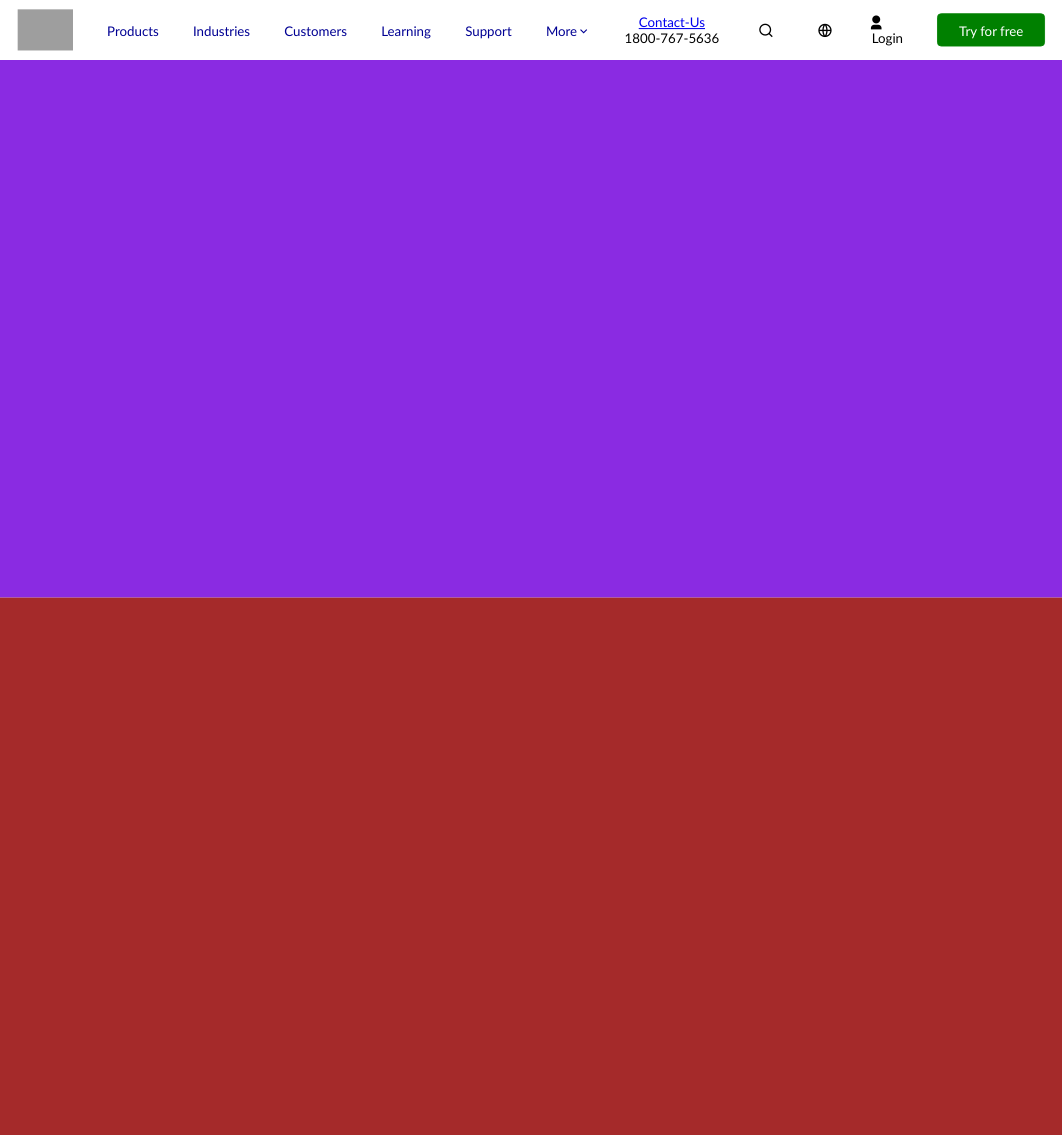
Repository: Chiranshukapil/html_css
Page: salesforce/index.html
These files come from the project's save history. The page is drawn as it stood at one moment and after the next save; the edit follows.
The browser window is 1280 px wide. The pictures show the whole page, at 83% of full size.
Pictures or frames that could not be fetched are drawn as grey boxes.

Above is the page before, as saved 2024-06-10 00:43:25.

After the next save:
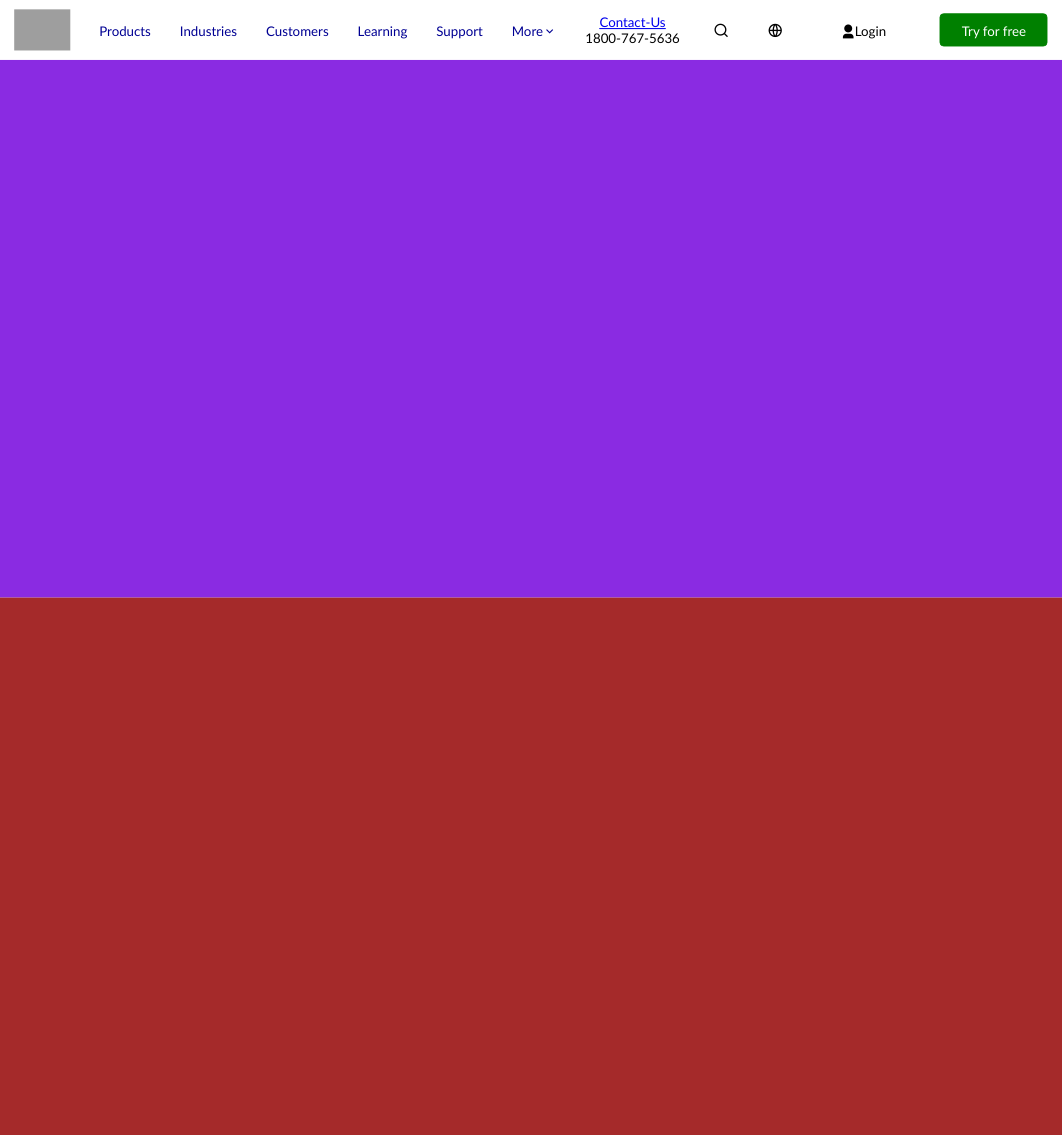
Saved 5 s later.
--- a/salesforce/style.css
+++ b/salesforce/style.css
@@ -62,7 +62,7 @@ html,body{
 #login{
     /* height: 30px;
     width: 70px; */
-    padding
+    padding: 30px;
     display: flex;
     align-items: center;
     justify-content: center;
